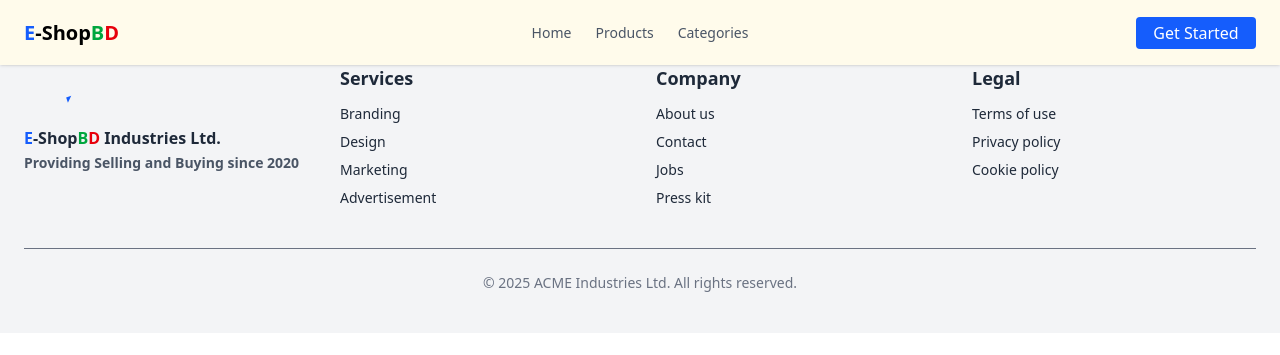
Repository: syedbayzid82849/E-shopBD
Page: /deshboard
An editor plug-in stored every save of this project. The page is shown before and after the next save, followed by the edit.
The browser window is 1280 px wide. The pictures show the whole page.
The page's requests for data from a server got no answer. The project was rebuilt for these pictures with package versions that can differ from the ones it lists, and the page was loaded fresh each time. The framework's server and built-in components were replaced by stand-ins that run in the browser. No one was signed in, and anything a server would have sent is missing. Also part of the build but not shown: next.config.mjs.

Above is the page before, as saved 2025-08-26 13:24:01.

After the next save:
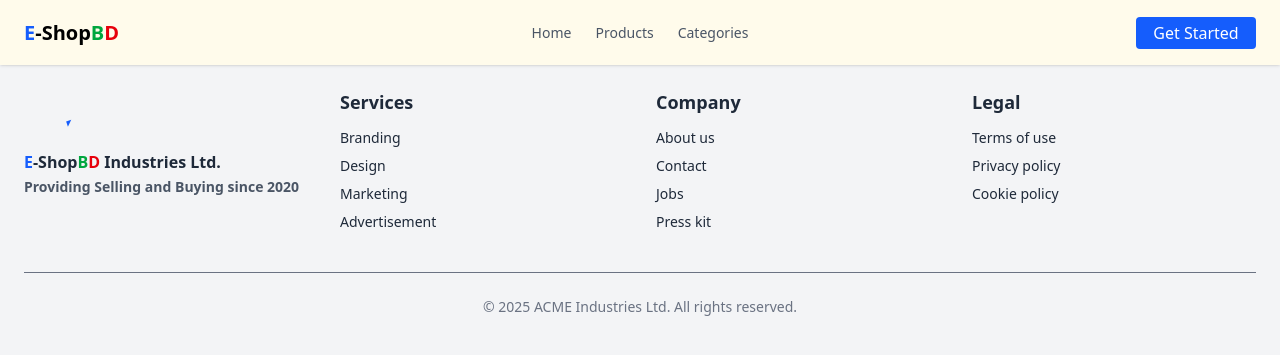
Saved 1 s later.
--- a/src/app/deshboard/page.jsx
+++ b/src/app/deshboard/page.jsx
@@ -3,7 +3,7 @@ import React from 'react'
 export default function Dashboard() {
   return (
     <div>Dashboard
-
+        <p>Welcome to your dashboard!</p>
     </div>
   )
 }
